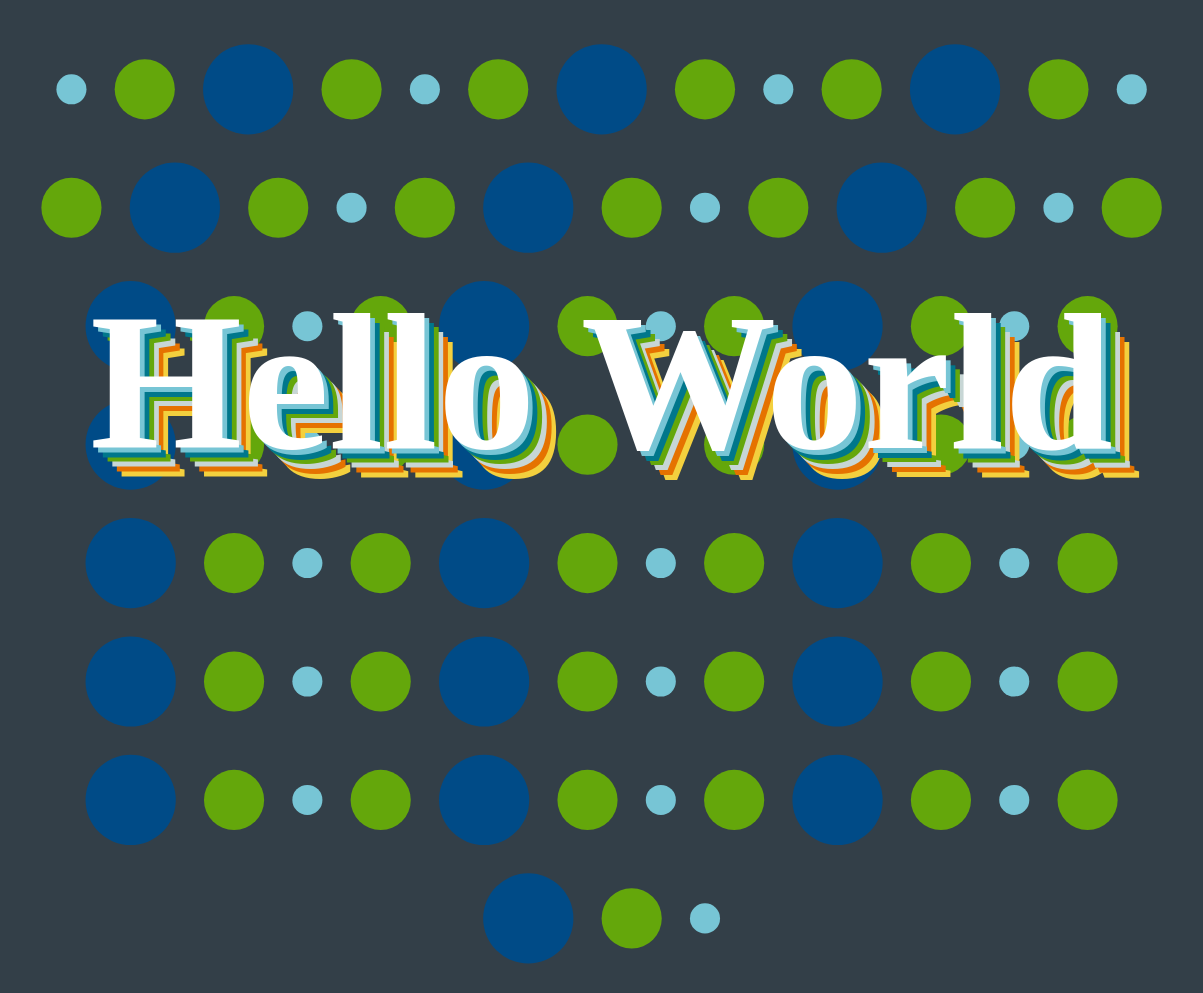
Repository: sarahlochhead/css-demo
Page: index.html
These files come from the project's save history. The page is drawn as it stood at one moment and after a run of saves; the edit follows.
The browser window is 1280 px wide. The pictures show the whole page, at 94% of full size.
Some web fonts or font styles are not loaded; a fallback is used.

Above is the page before, as saved 2023-04-28 13:49:29.

### index.html
<!DOCTYPE html>
<html lang="en">
<head>
    <meta charset="UTF-8">
    <meta http-equiv="X-UA-Compatible" content="IE=edge">
    <meta name="viewport" content="width=device-width, initial-scale=1.0">
    <title>Light It Up Demo</title>
    <link rel="stylesheet" href="styles.css">
</head>
<body>
    <header class="row">
    <!-- STEP 1: Type your name in between the h1 tags -->
        <h1>Hello World</h1>
    </header>
    <!-- STEP 2: Head over to the styles.css to keep going -->
    <div class="row">
        <div class="small circle"></div>
        <div class="medium circle"></div>
        <div class="large circle"></div>
        <div class="medium circle"></div>
        <div class="small circle"></div>
        <div class="medium circle"></div>
        <div class="large circle"></div>
        <div class="medium circle"></div>
        <div class="small circle"></div>
        <div class="medium circle"></div>
        <div class="large circle"></div>
        <div class="medium circle"></div>
        <div class="small circle"></div>
        <div class="medium circle"></div>
        <div class="large circle"></div>
        <div class="medium circle"></div>
        <div class="small circle"></div>
        <div class="medium circle"></div>
        <div class="large circle"></div>
        <div class="medium circle"></div>
        <div class="small circle"></div>
        <div class="medium circle"></div>
        <div class="large circle"></div>
        <div class="medium circle"></div>
        <div class="small circle"></div>
        <div class="medium circle"></div>
        <div class="large circle"></div>
        <div class="medium circle"></div>
        <div class="small circle"></div>
        <div class="medium circle"></div>
        <div class="large circle"></div>
        <div class="medium circle"></div>
        <div class="small circle"></div>
        <div class="medium circle"></div>
        <div class="large circle"></div>
        <div class="medium circle"></div>
        <div class="small circle"></div>
        <div class="medium circle"></div>
        <div class="large circle"></div>
        <div class="medium circle"></div>
        <div class="small circle"></div>
        <div class="medium circle"></div>
        <div class="large circle"></div>
        <div class="medium circle"></div>
        <div class="small circle"></div>
        <div class="medium circle"></div>
        <div class="large circle"></div>
        <div class="medium circle"></div>
        <div class="small circle"></div>
        <div class="medium circle"></div>
        <div class="large circle"></div>
        <div class="medium circle"></div>
        <div class="small circle"></div>
        <div class="medium circle"></div>
        <div class="large circle"></div>
        <div class="medium circle"></div>
        <div class="small circle"></div>
        <div class="medium circle"></div>
        <div class="large circle"></div>
        <div class="medium circle"></div>
        <div class="small circle"></div>
        <div class="medium circle"></div>
        <div class="large circle"></div>
        <div class="medium circle"></div>
        <div class="small circle"></div>
        <div class="medium circle"></div>
        <div class="large circle"></div>
        <div class="medium circle"></div>
        <div class="small circle"></div>
        <div class="medium circle"></div>
        <div class="large circle"></div>
        <div class="medium circle"></div>
        <div class="small circle"></div>
        <div class="medium circle"></div>
        <div class="large circle"></div>
        <div class="medium circle"></div>
        <div class="small"></div>
        <div class="medium"></div>
        <div class="large"></div>
        <div class="medium"></div>
        <div class="small"></div>
        <div class="medium"></div>
        <div class="large"></div>
        <div class="medium"></div>
        <div class="small"></div>
        <div class="medium"></div>
        <div class="large"></div>
        <div class="medium"></div>
        <div class="small"></div>
    </div>
</body>
</html>

### styles.css
@charset "utf-8";

/* TAKE IT FURTHER - explore https://fonts.google.com/ and get and import statement for a font of your choosing then change the font-family for the h1 (above STEP 5) */
@import url('https://fonts.googleapis.com/css2?family=Baloo+Chettan+2&family=Calligraffitti&display=swap');

html {
    /* STEP 3: Choose a color for the background (enter values from 0 - 255) */
    background-color: rgb(51, 63, 72);
}

h1 {
    position: absolute;
    top: 40%;
    font-size: 4rem;
    margin: 0 auto;
    font-family: 'Calligraffitti', cursive;
    font-weight: 700;
    font-size: 13rem;
/* STEP 5: Explore the text-shadow property by changing the colo values and pixel values */
    text-shadow: 5px 5px 0px rgb(119, 197, 213),
    /* The first value is the horizontal shadow, next is the vertical shadow, these two values can be positive or negative numbers. The third number is  the blur radius of the shadow */
    10px 10px 0px rgb(0, 119, 139),
    15px 15px 0px  rgb(100, 167, 11),
    20px 20px 0px rgb(199, 214, 213),
    25px 25px 0px rgb(229, 114, 0),
    30px 30px 0px rgb(243, 208, 62);

/* STEP 4: Choose a color for your h1 text (enter values from 0 - 255) */
    color: rgb(255, 255, 255);
}

div {
    margin: 15px;
/* STEP 6: Let's apply the rainbow animation to all the circles at once */
animation-name: rainbow;
/* in milliseconds */
animation-duration:
animation-timing-function:
animation-delay:
animation-iteration-count:
aniation-direction:
animation-fill-mode:


}

.row {
    display: flex;
    justify-content: center;
    align-items: center;
    flex-wrap: wrap;
    margin: 1rem;
}


.small {
    height: 2rem;
    width: 2rem;
    border-radius: 100%;
    background-color:rgb(119, 197, 213);
}

.medium {
    height: 4rem;
    width: 4rem;
    border-radius: 100%;
    background-color: rgb(100, 167, 11);
}

.large {
    height: 6rem;
    width: 6rem;
    border-radius: 100%;
    background-color: rgb(0, 75, 135);
}



@keyframes rainbow {
    0% {
        color: rgb(255, 0, 0);
    }
    20% {
        color: rgb(255, 165, 0);
    }
    35% {
        color: rgb(255, 255, 0);
    }
    50% {
        color: rgb(0, 128, 0);
    }
    65% {
        color:rgb(0, 0, 255);
    }
    80% {
        color: rgb(75, 0, 130);
    }
    100% {
        color: rgb(128, 0, 128);
    }

}

After the next 4 saves:
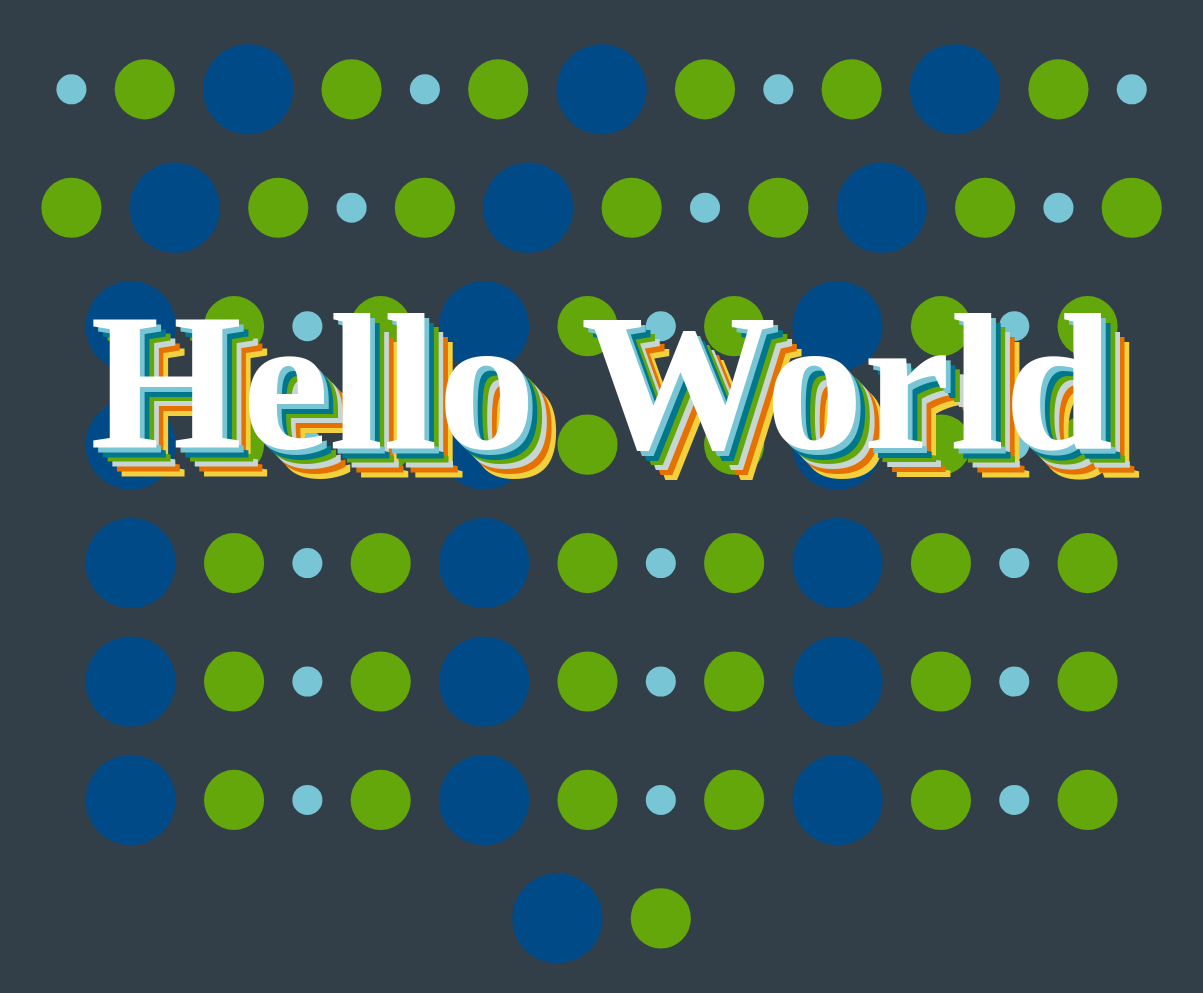
The 4 saves are shown as one change because they came seconds apart.
The last was saved 12 s later.
--- a/index.html
+++ b/index.html
@@ -90,19 +90,19 @@
         <div class="medium circle"></div>
         <div class="large circle"></div>
         <div class="medium circle"></div>
-        <div class="small"></div>
-        <div class="medium"></div>
-        <div class="large"></div>
-        <div class="medium"></div>
-        <div class="small"></div>
-        <div class="medium"></div>
-        <div class="large"></div>
-        <div class="medium"></div>
-        <div class="small"></div>
-        <div class="medium"></div>
-        <div class="large"></div>
-        <div class="medium"></div>
-        <div class="small"></div>
+        <div class="small circle"></div>
+        <div class="medium circle"></div>
+        <div class="large circle"></div>
+        <div class="medium circle"></div>
+        <div class="small circle"></div>
+        <div class="medium circle"></div>
+        <div class="large circle"></div>
+        <div class="medium circle"></div>
+        <div class="small circle"></div>
+        <div class="medium circle"></div>
+        <div class="large circle"></div>
+        <div class="medium circle"></div>
+
     </div>
 </body>
 </html>

After the save that followed:
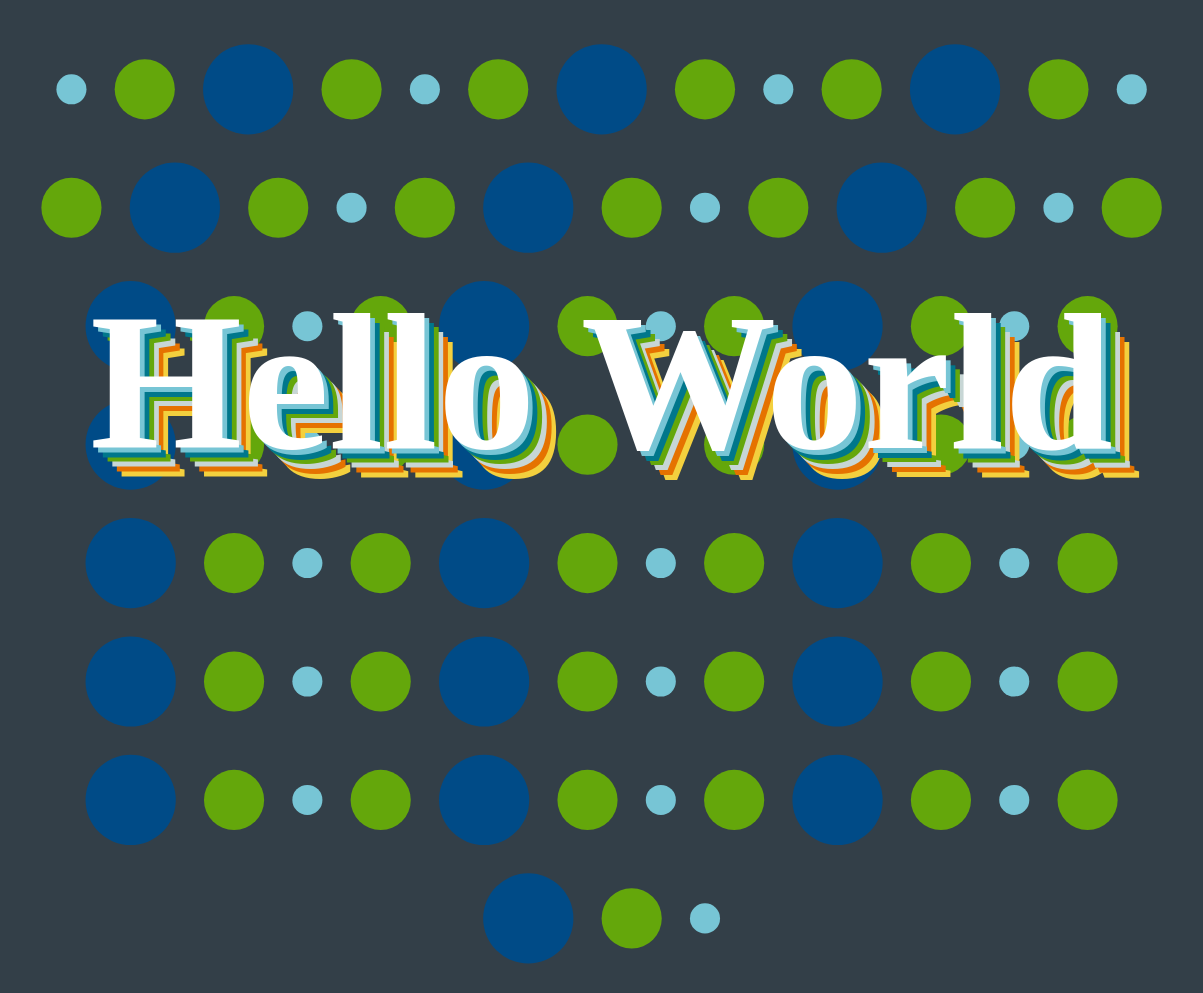
Saved 6 s later.
--- a/index.html
+++ b/index.html
@@ -102,7 +102,7 @@
         <div class="medium circle"></div>
         <div class="large circle"></div>
         <div class="medium circle"></div>
-
+        <div class="small circle"></div>
     </div>
 </body>
 </html>
